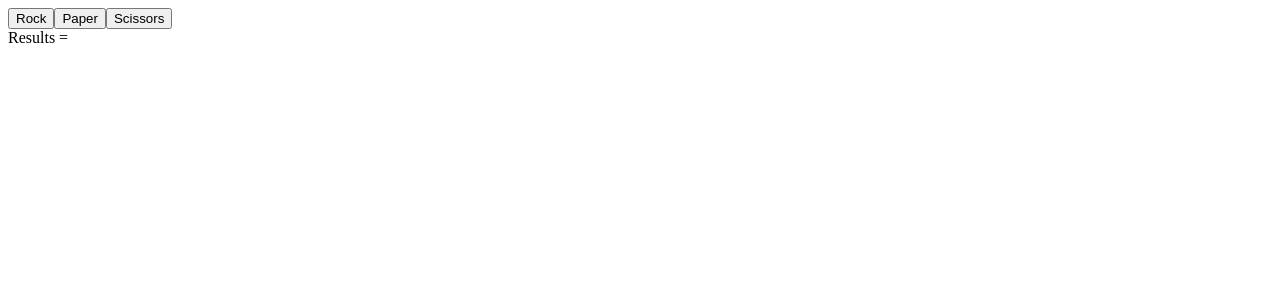
Repository: weazzyefff/Rock-Paper-Scissors
Page: rock-paper-scissors.html
An editor plug-in stored every save of this project. The page is shown before and after the next save, followed by the edit.
The browser window is 1280 px wide. The pictures show the whole page.

Above is the page before, as saved 2022-11-29 17:54:06.

After the next save:
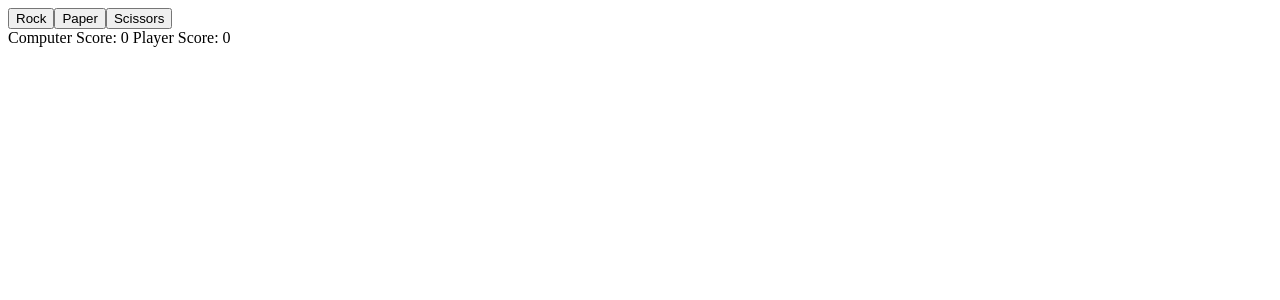
Saved 2 min 44 s later.
--- a/script.js
+++ b/script.js
@@ -35,7 +35,7 @@ sbutton.addEventListener("click", () => {
 });
 
 let resultDiv = document.createElement("div");
-resultDiv.textContent = 'Results ='
+resultDiv.textContent = `Computer Score: ${computerScore} Player Score: ${playerScore}`;
 document.body.appendChild(resultDiv);
 
 function playRound() {
